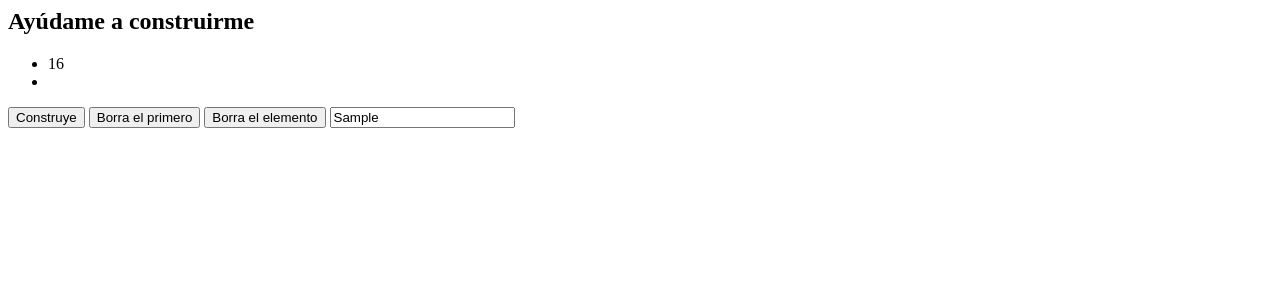
Repository: JesusSePe/M06
Page: jQuery/ej5.html
These files come from the project's save history. The page is drawn as it stood at one moment and after the next save; the edit follows.
The browser window is 1280 px wide. The pictures show the whole page.
Empty fields were first filled with sample values (such as "Sample", 5 or name@example.com).
After loading, the first visible `input` was clicked once.

Above is the page before, as saved 2021-01-31 11:13:16.

After the next save:
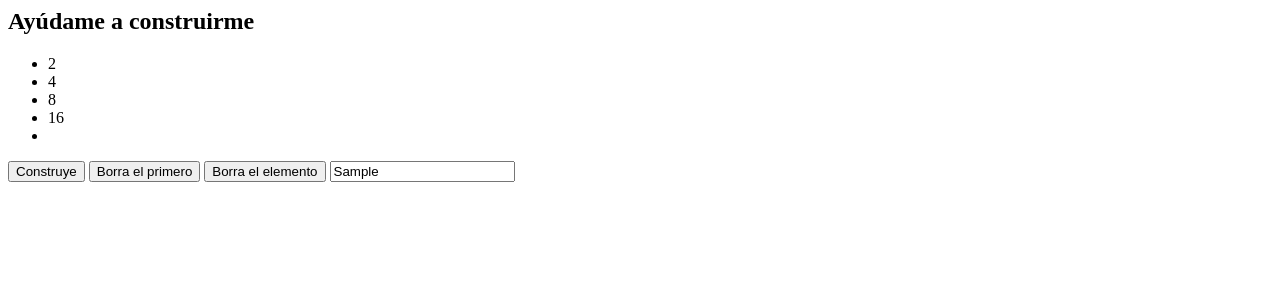
Saved 2 min 59 s later.
--- a/jQuery/ej5.js
+++ b/jQuery/ej5.js
@@ -10,5 +10,5 @@
     $child = $('ul li:last').text();
     $child = $child * 2;
     $input = '<li>' + $child + '<li>';
-    $('ul').html($input);
+    $('ul').append($input);
 }
